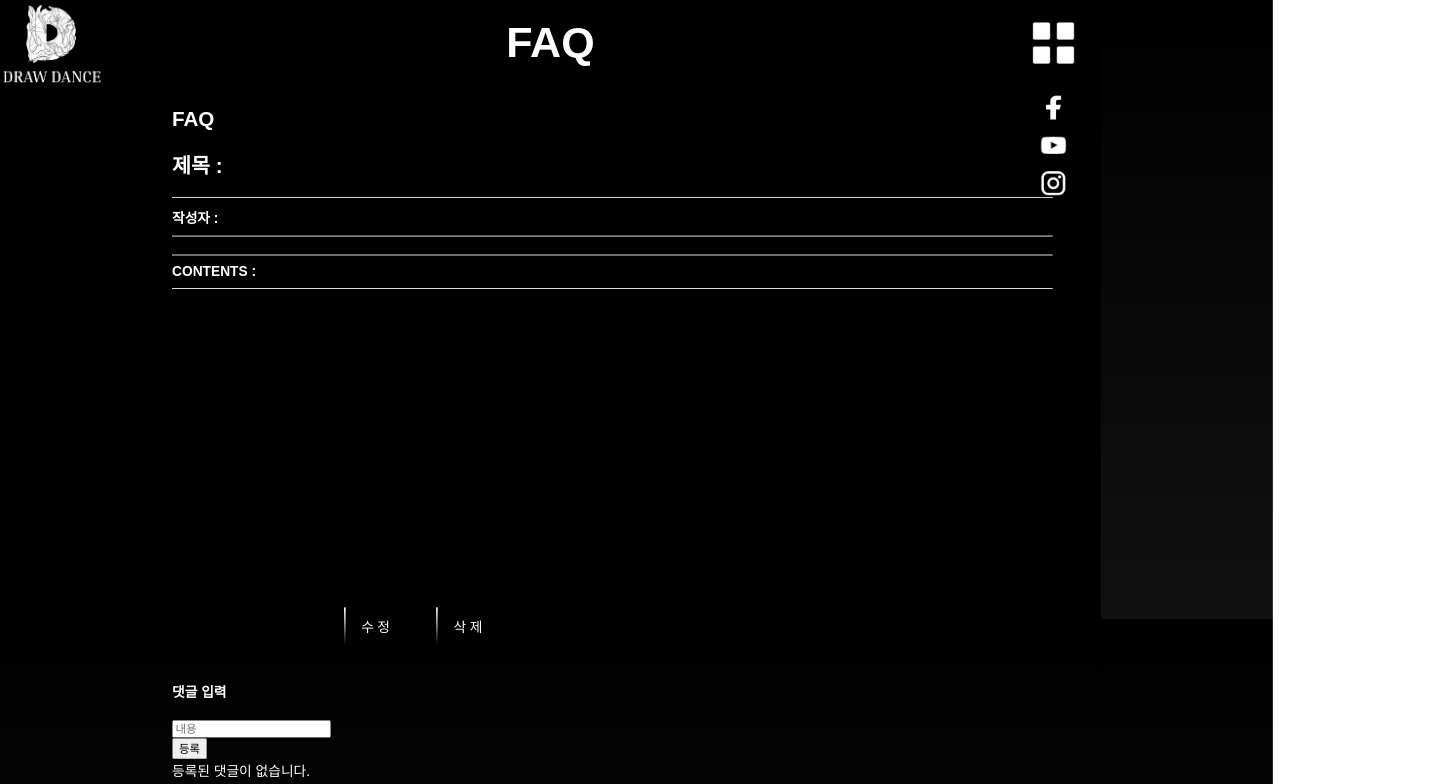
Repository: seonghun9906/semiProject
Page: http://localhost/drawAcademy/WEB-INF/views/QBoard/detail.jsp
An editor plug-in stored every save of this project. The page is shown before and after the next save, followed by the edit.
The browser window is 1280 px wide. The page is 1480 px wide, then 1680 px, so the pictures cover 1680 px, including what lies to the right of the window. The pictures show the whole page, at 86% of full size.
The page is served by Tomcat 9. Nobody is signed in. The template is opened directly, without the code that normally fills it, so the values that code supplies are empty.

Above is the page before, as saved 2024-02-29 02:19:17.

After the next save:
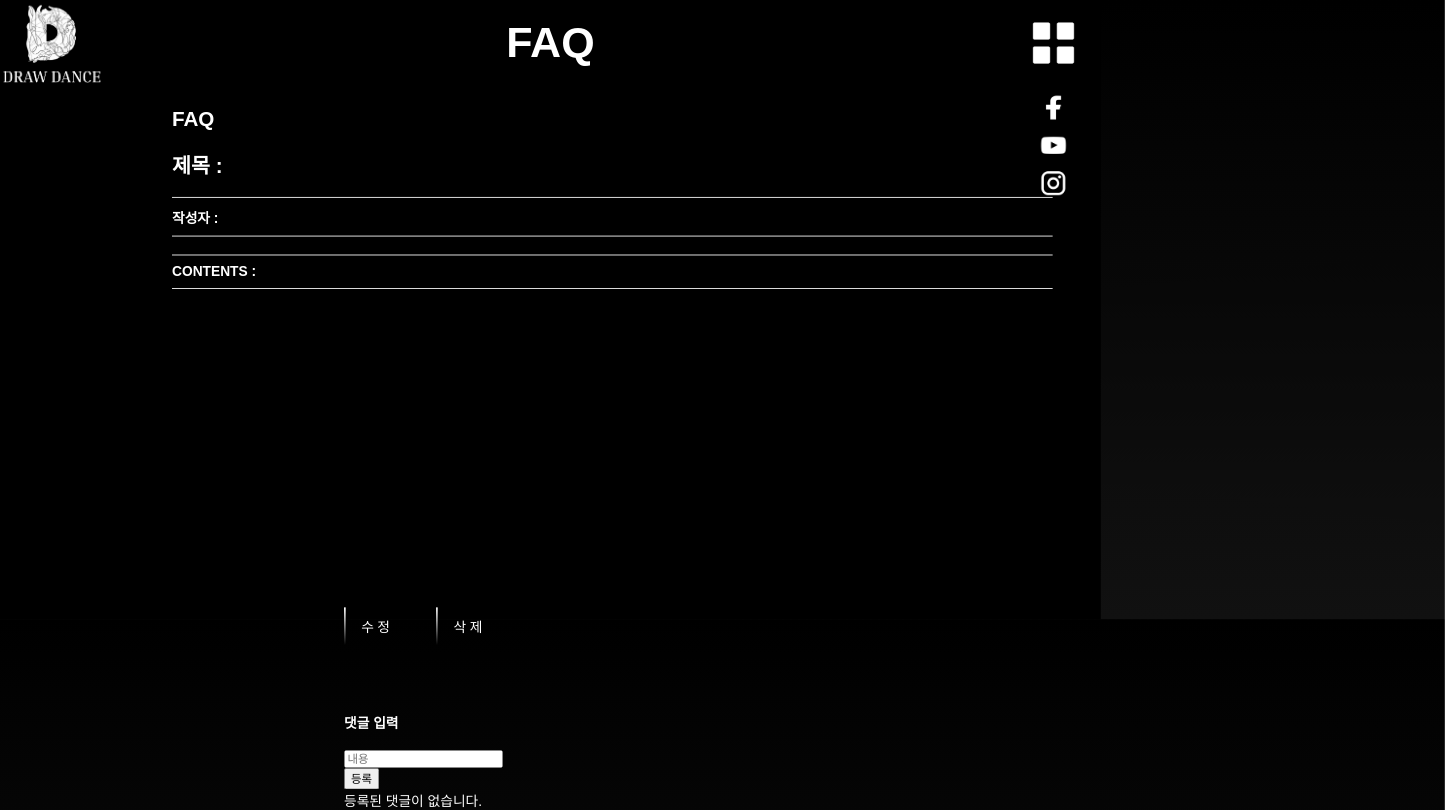
Saved 89 s later.
--- a/drawAcademy/src/main/webapp/resources/css/detail.css
+++ b/drawAcademy/src/main/webapp/resources/css/detail.css
@@ -422,8 +422,117 @@ body {
 }
 
 
-
-#comment {
+.btn-write1 form button {
+  cursor: pointer;
+  position: relative;
+  display: inline-block;
+  padding: 10px 20px;
+  color: #ffffff;
+  font-size: 16px;
+  text-decoration: none;
+  text-transform: uppercase;
+  overflow: hidden;
+  transition: .5s;
+  margin-left: 100px;
+  margin-top: 10px;
+  margin: 20px 5px; /* 좌우 여백을 조절 */
+  letter-spacing: 4px;
+  border: none;
+  background-color: transparent;
+}
+
+.btn-write1 form button:hover {
+  background: #ffffff;
+  color: #000000;
+  border-radius: 5px;
+  box-shadow: 0 0 5px #ffffff,
+              0 0 25px #ffffff,
+              0 0 50px #ffffff,
+              0 0 100px #ffffff;
+}
+
+.btn-write1 form button span {
+  position: absolute;
+  display: block;
+}
+
+.btn-write1 form button span:nth-child(1) {
+  top: 0;
+  left: -100%;
+  width: 100%;
+  height: 2px;
+  background: linear-gradient(90deg, transparent, #ffffff);
+  animation: btn-anim1 1s linear infinite;
+}
+
+@keyframes btn-anim1 {
+  0% {
+    left: -100%;
+  }
+  50%,100% {
+    left: 100%;
+  }
+}
+
+.btn-write1 form button span:nth-child(2) {
+  top: -100%;
+  right: 0;
+  width: 2px;
+  height: 100%;
+  background: linear-gradient(180deg, transparent, #ffffff);
+  animation: btn-anim2 1s linear infinite;
+  animation-delay: .25s
+}
+
+@keyframes btn-anim2 {
+  0% {
+    top: -100%;
+  }
+  50%,100% {
+    top: 100%;
+  }
+}
+
+.btn-write1 form button span:nth-child(3) {
+  bottom: 0;
+  right: -100%;
+  width: 100%;
+  height: 2px;
+  background: linear-gradient(270deg, transparent, #ffffff);
+  animation: btn-anim3 1s linear infinite;
+  animation-delay: .5s
+}
+
+@keyframes btn-anim3 {
+  0% {
+    right: -100%;
+  }
+  50%,100% {
+    right: 100%;
+  }
+}
+
+.btn-write1 form button span:nth-child(4) {
+  bottom: -100%;
+  left: 0;
+  width: 2px;
+  height: 100%;
+  background: linear-gradient(360deg, transparent, #ffffff);
+  animation: btn-anim4 1s linear infinite;
+  animation-delay: .75s
+}
+
+@keyframes btn-anim4 {
+  0% {
+    bottom: -100%;
+  }
+  50%,100% {
+    bottom: 100%;
+  }
+}
+
+
+.comment {
    color: white;
    position: relative;
    top: 35px; /* 적절한 위치로 조정 */
